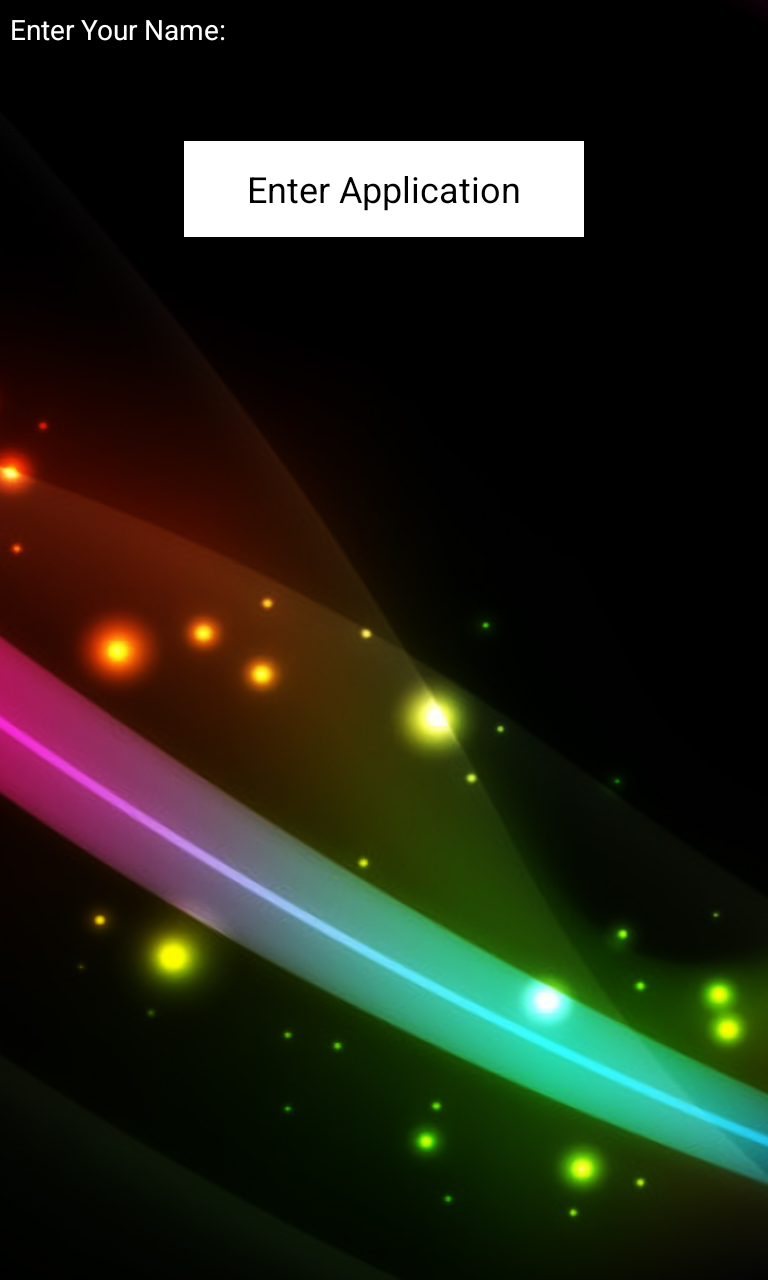
Repository: fsoDannis/workspace
Layout: findIt_3/res/layout/activity_main.xml
An editor plug-in stored every save of this project. The layout is shown before and after the next save, followed by the edit.
It is drawn on a 768 x 1280 px phone screen (xhdpi) without system bars, with theme AppTheme; the app's code is not run.

Above is the layout before, as saved 2013-02-15 02:48:24.

After the next save:
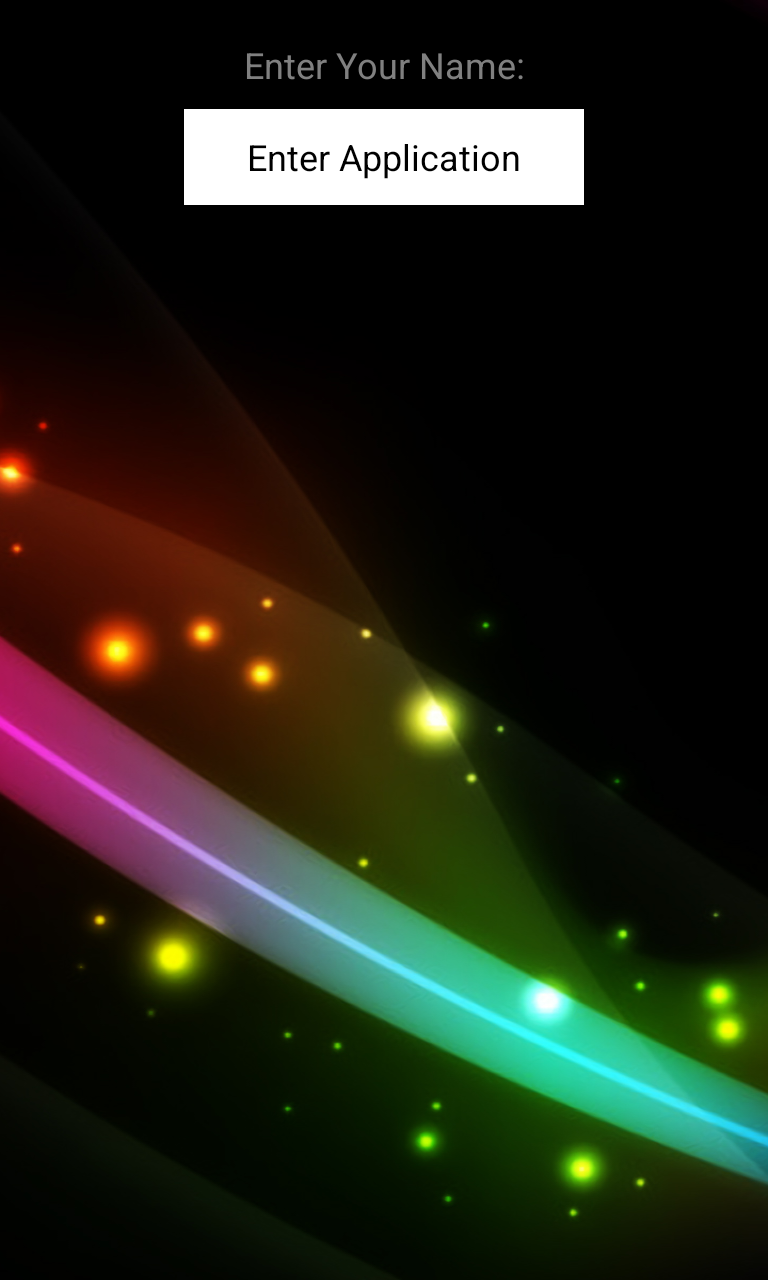
Saved 62 s later.
--- a/findIt_3/res/layout/activity_main.xml
+++ b/findIt_3/res/layout/activity_main.xml
@@ -6,12 +6,7 @@
    android:background="@drawable/background"
    >
 
-    <TextView
-        android:layout_width="fill_parent"
-        android:layout_height="wrap_content"
-        android:text="Enter Your Name:"
-        android:padding="5dip"
-        android:textColor="#ffffff"/>
+
 
         <EditText
         android:id="@+id/et_EnterName"
@@ -19,7 +14,9 @@
         android:layout_height="wrap_content"
         android:gravity="center"
         android:paddingBottom="10dp"
-        android:hint="" />
+        android:paddingTop="20dp"
+        android:hint="Enter Your Name:" />
+
 
         <Button
             android:id="@+id/b_Enter"
